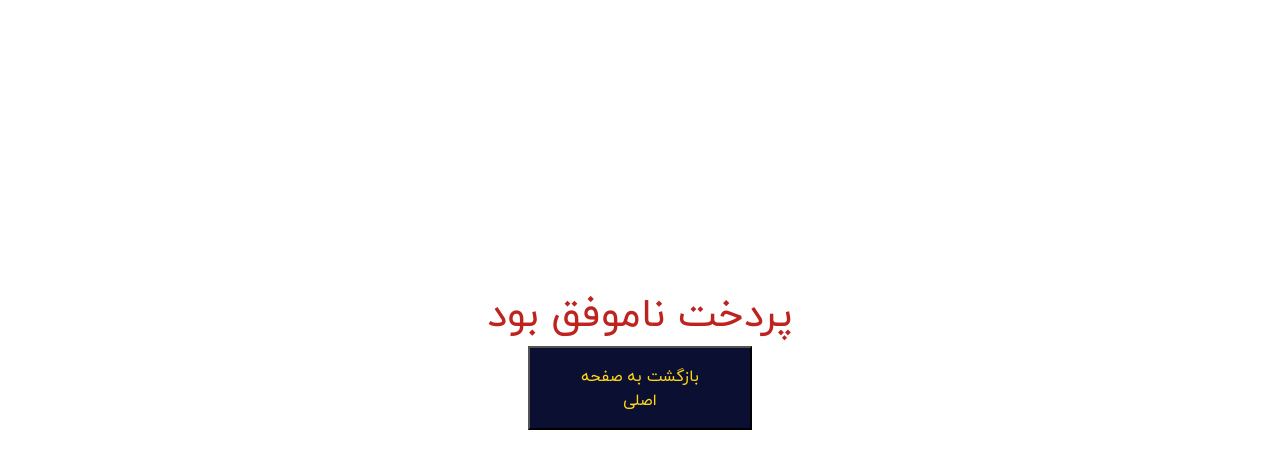
Repository: nightwolf-041/pisheyar-panel-user
Page: /payment
The author's editor kept a copy of each file at every save. The page is drawn from the files as they stood at one save, then again after the next save.
The browser window is 1280 px wide. The pictures show the whole page.
The project was rebuilt for these pictures with package versions that can differ from the ones it lists, and the page was loaded fresh each time. Also part of the build but not shown: src/components/privateRoutes/PrivateRoute.jsx, src/components/privateRoutes/PrivateRouteLogin.jsx, src/components/notfound/NotFound.jsx.

Above is the page before, as saved 2020-07-23 14:27:45.

After the next save:
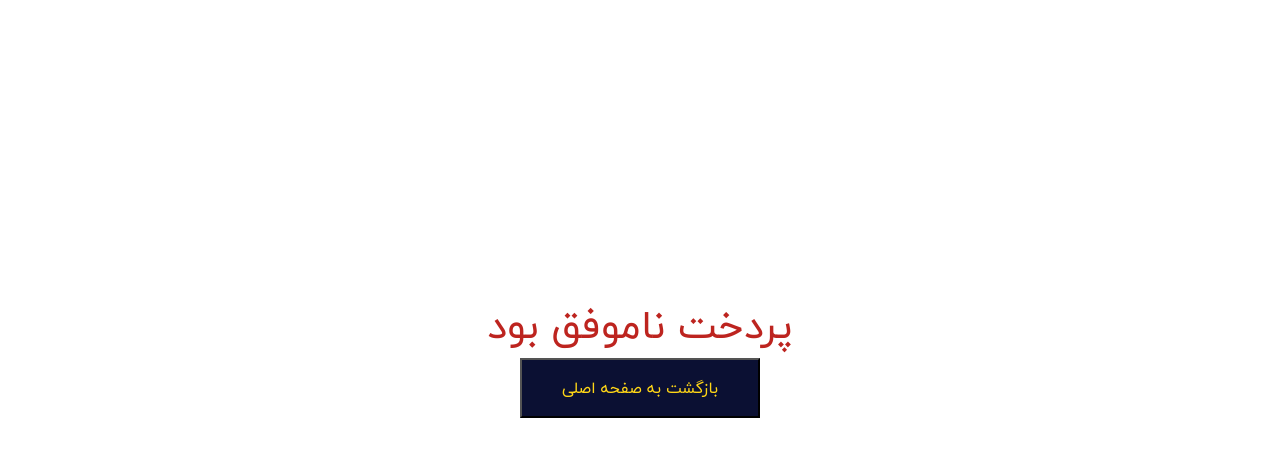
Saved 17 s later.
--- a/src/components/paymentPage/paymentPage.module.css
+++ b/src/components/paymentPage/paymentPage.module.css
@@ -23,8 +23,8 @@
 
 .paymentPageButton {
     font-family: Yekan;
-    width: 14rem;
-    padding: 1rem 2rem;
+    width: 15rem;
+    padding: 1rem 1rem;
     background-color: #0b1033;
     color: #ffd617;
     font-size: 1rem;
